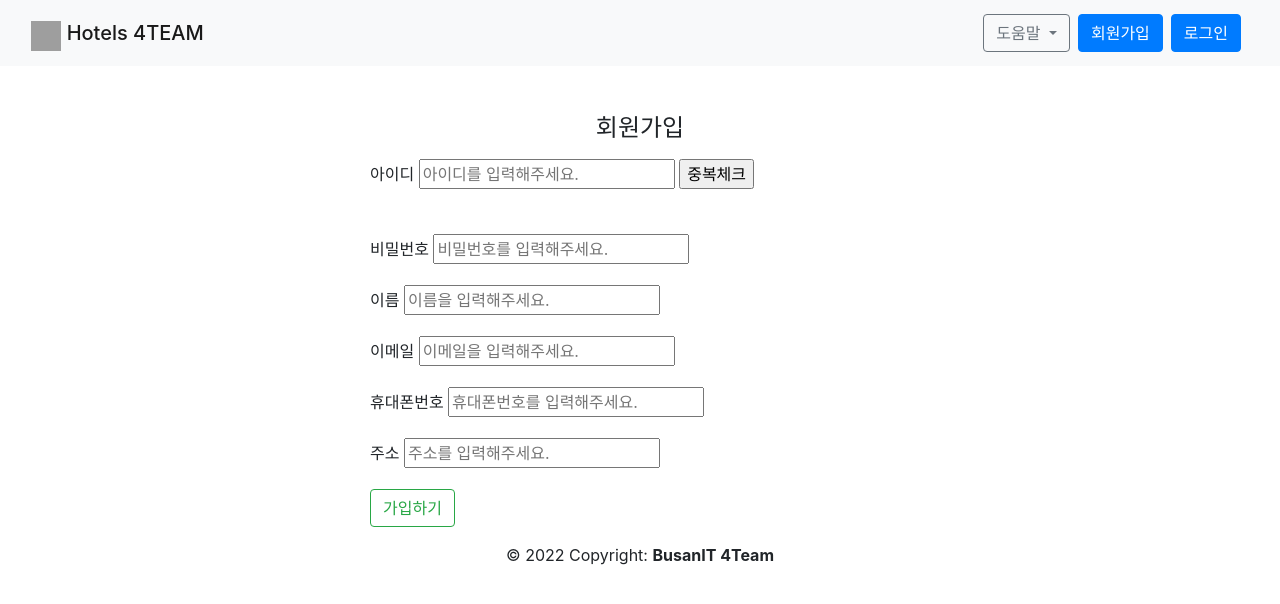
Repository: ShinKioh/Hotel_project
Page: http://localhost/HOTEL/register.jsp
These files come from the project's save history. The page is drawn as it stood at one moment and after the next save; the edit follows.
The browser window is 1280 px wide. The pictures show the whole page.
Pictures or frames that could not be fetched are drawn as grey boxes. The page is served by Tomcat 9. Other server files are loaded and not shown.

Above is the page before, as saved 2022-02-23 02:20:33.

### HOTEL/WebContent/register.jsp
<%@ page language="java" contentType="text/html; charset=UTF-8"
	pageEncoding="UTF-8"%>
<!DOCTYPE html>
<html>
<head>
<meta charset="UTF-8">
<link rel="stylesheet"
	href="//unpkg.com/bootstrap@4/dist/css/bootstrap.min.css">
<title>회원가입 페이지</title>
</head>
<body>
	<header>
		<nav class="navbar navbar-expand-lg navbar-light bg-light">
			<div class="container-fluid">
				<a class="navbar-brand" href="main.jsp"> <img
					src="img/premium-icon-letter-h-5540593.png" alt="" width="30"
					height="30" class="d-inline-block align-text-top"> <span
					class="navbar-brand mb-0 h1">Hotels 4TEAM</span>
				</a>
				<div class="d-flex justify-content-end">
					<div class="dropdown mr-2">
						<a class="btn btn-outline-secondary dropdown-toggle" href="#"
							role="button" id="dropdownMenuLink" data-toggle="dropdown"
							aria-expanded="false"> 도움말 </a>
						<div class="dropdown-menu" aria-labelledby="dropdownMenuLink">
							<a class="dropdown-item" href="#">공지 사항</a> <a
								class="dropdown-item" href="#">문의 사항</a> <a
								class="dropdown-item" href="#">FAQ</a>
						</div>
					</div>
					<a class="btn btn-primary mr-2" href="register?action=registerUser">회원가입</a>
					<a class="btn btn-primary mr-2" href="login.jsp">로그인</a>
				</div>
			</div>
		</nav>
	</header>
	<div class="container">
		<div class="row mt-5">
			<div class="col-md-6 mx-auto">
				<h4 class="text-center mb-3">회원가입</h4>
				<form action="<%=request.getContextPath()%>/register" method="post">
					<div class="form-group">
						<input type="hidden" name="action" value="registerUser">
					</div>
					<div class="form-group">
						<label for="id">아이디</label> <input type="text" name="id"
							placeholder="아이디를 입력해주세요." required> <input type="button"
							onclick="sendServer()" value="중복체크">
						<div id="output"></div>

						<script type="text/javascript">
							const input = document
									.querySelector('input[type="text"]'); // 태그타입으로 선택
							const output = document.getElementById('output');
							const request = new XMLHttpRequest(); // Ajax request 객체 생성
							function sendServer() {
								// 버튼을 누르면 실행되는 함수
								let id = input.value; // input창에 입력한 값
								let url = 'idCheck.jsp?id=' + id; // 요청할 jsp페이지 주소
								request.open('GET', url, true);
								request.send();
								request.onreadystatechange = getInfo;
							}
							function getInfo() {
								if (request.readyState == 4
										&& request.status == 200) {
									let info = request.responseText; // 요청한 결과 받기
									output.textContent = info;
								}
							};
						</script>
						<br>
					</div>
					<div class="form-group">
						<label for="id">비밀번호</label> <input type="text" name="password"
							placeholder="비밀번호를 입력해주세요." required><br>
					</div>
					<div class="form-group">
						<label for="id">이름</label> <input type="text" name="name"
							placeholder="이름을 입력해주세요." required><br>
					</div>
					<div class="form-group">
						<label for="id">이메일</label> <input type="text" name="email"
							placeholder="이메일을 입력해주세요." required><br>
					</div>
					<div class="form-group">
						<label for="id">휴대폰번호</label> <input type="text" name="phone"
							placeholder="휴대폰번호를 입력해주세요." required><br>
					</div>
					<div class="form-group">
						<label for="id">주소</label> <input type="text" name="address"
							placeholder="주소를 입력해주세요." required><br>
					</div>
					<%--가입하기 클릭시 신규회원 등록, 메인 페이지로 이동 --%>
					<button type="submit" class="btn btn-outline-success" onClick="location.href='main.jsp'">가입하기</button>
				</form>
			</div>
		</div>
	</div>
	<footer class="footer font-small black">
		<div class="footer-copyright text-center py-3">
			© 2022 Copyright: <b> BusanIT 4Team</b>
		</div>
	</footer>
</body>
</html>

After the next save:
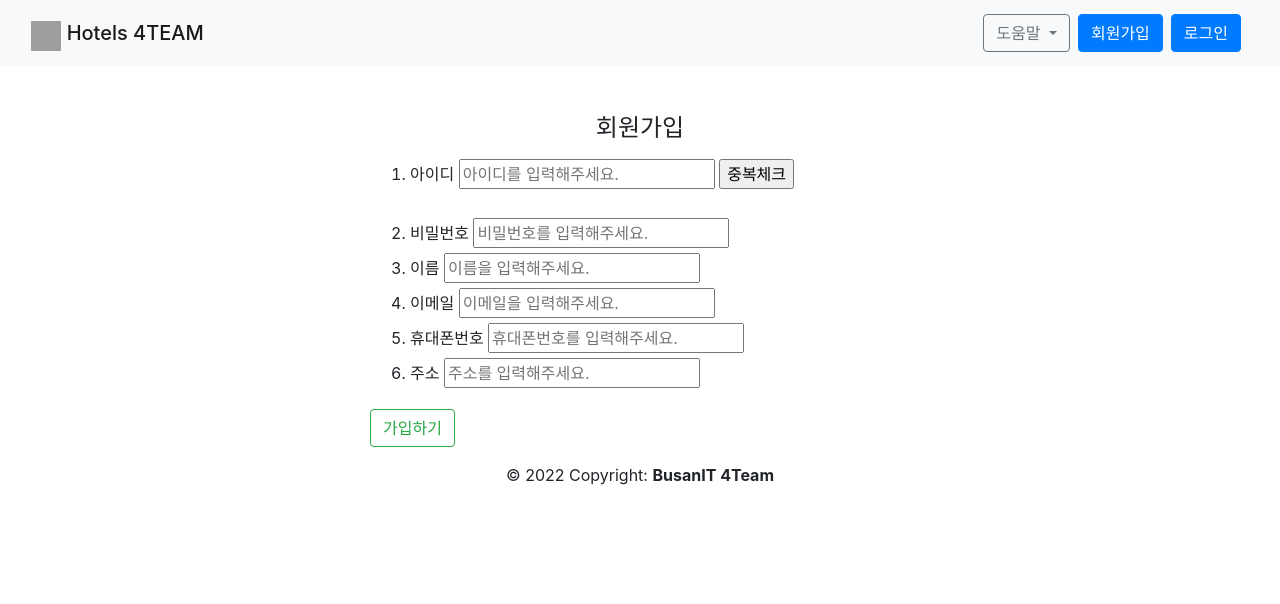
Saved 2 min 44 s later.
--- a/HOTEL/WebContent/register.jsp
+++ b/HOTEL/WebContent/register.jsp
@@ -42,12 +42,13 @@
 					<div class="form-group">
 						<input type="hidden" name="action" value="registerUser">
 					</div>
-					<div class="form-group">
+					<ol>
+					<li>
 						<label for="id">아이디</label> <input type="text" name="id"
 							placeholder="아이디를 입력해주세요." required> <input type="button"
 							onclick="sendServer()" value="중복체크">
 						<div id="output"></div>
-
+					</li>
 						<script type="text/javascript">
 							const input = document
 									.querySelector('input[type="text"]'); // 태그타입으로 선택
@@ -70,27 +71,28 @@
 							};
 						</script>
 						<br>
-					</div>
-					<div class="form-group">
+
+					<li>
 						<label for="id">비밀번호</label> <input type="text" name="password"
 							placeholder="비밀번호를 입력해주세요." required><br>
-					</div>
-					<div class="form-group">
+					</li>
+					<li>
 						<label for="id">이름</label> <input type="text" name="name"
 							placeholder="이름을 입력해주세요." required><br>
-					</div>
-					<div class="form-group">
+					</li>
+					<li>
 						<label for="id">이메일</label> <input type="text" name="email"
 							placeholder="이메일을 입력해주세요." required><br>
-					</div>
-					<div class="form-group">
+					</li>
+					<li>
 						<label for="id">휴대폰번호</label> <input type="text" name="phone"
 							placeholder="휴대폰번호를 입력해주세요." required><br>
-					</div>
-					<div class="form-group">
+					</li>
+					<li>
 						<label for="id">주소</label> <input type="text" name="address"
 							placeholder="주소를 입력해주세요." required><br>
-					</div>
+					</li>
+					</ol>
 					<%--가입하기 클릭시 신규회원 등록, 메인 페이지로 이동 --%>
 					<button type="submit" class="btn btn-outline-success" onClick="location.href='main.jsp'">가입하기</button>
 				</form>
